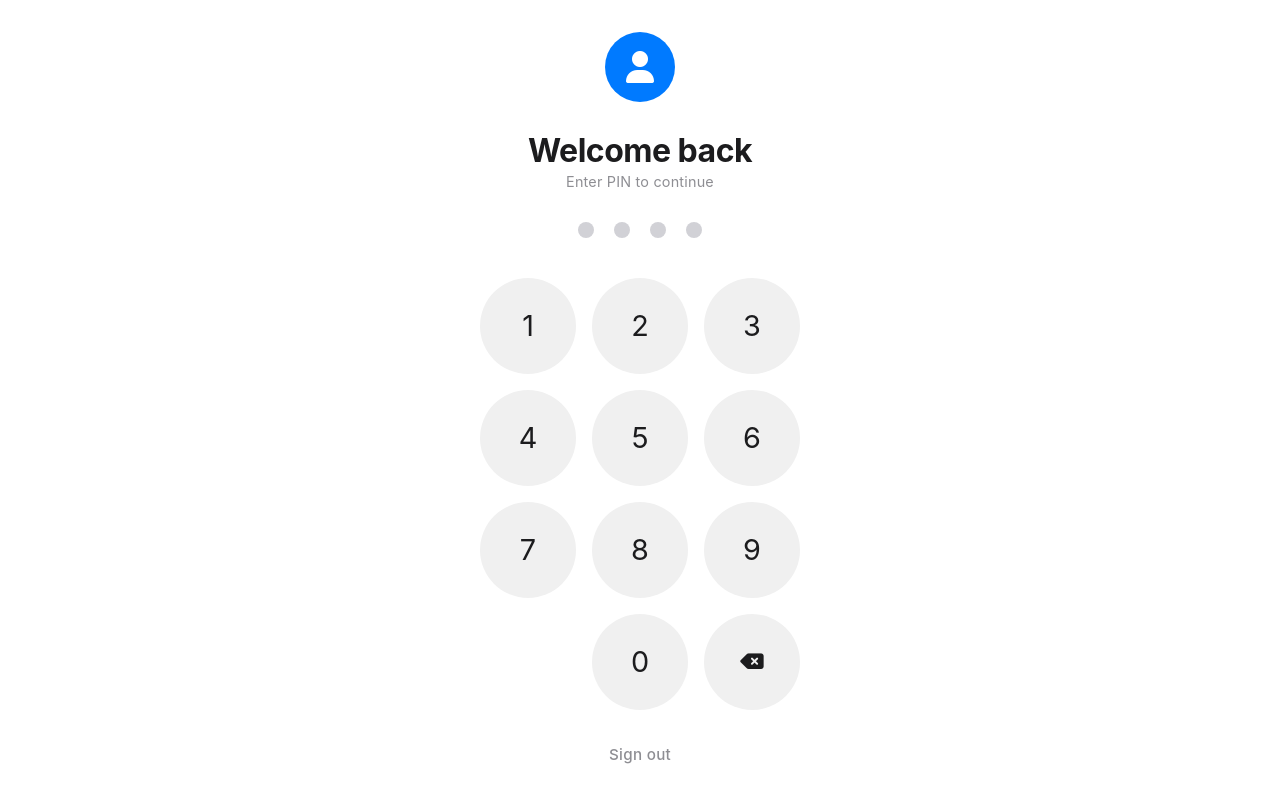
Repository: trenzyfx1/achievebypetra
Page: pin.html
These files come from the project's save history. The page is drawn as it stood at one moment and after the next save; the edit follows.
The browser window is 1280 px wide. The pictures show the whole page.

Above is the page before, as saved 2026-08-25 19:26:21.

After the next save:
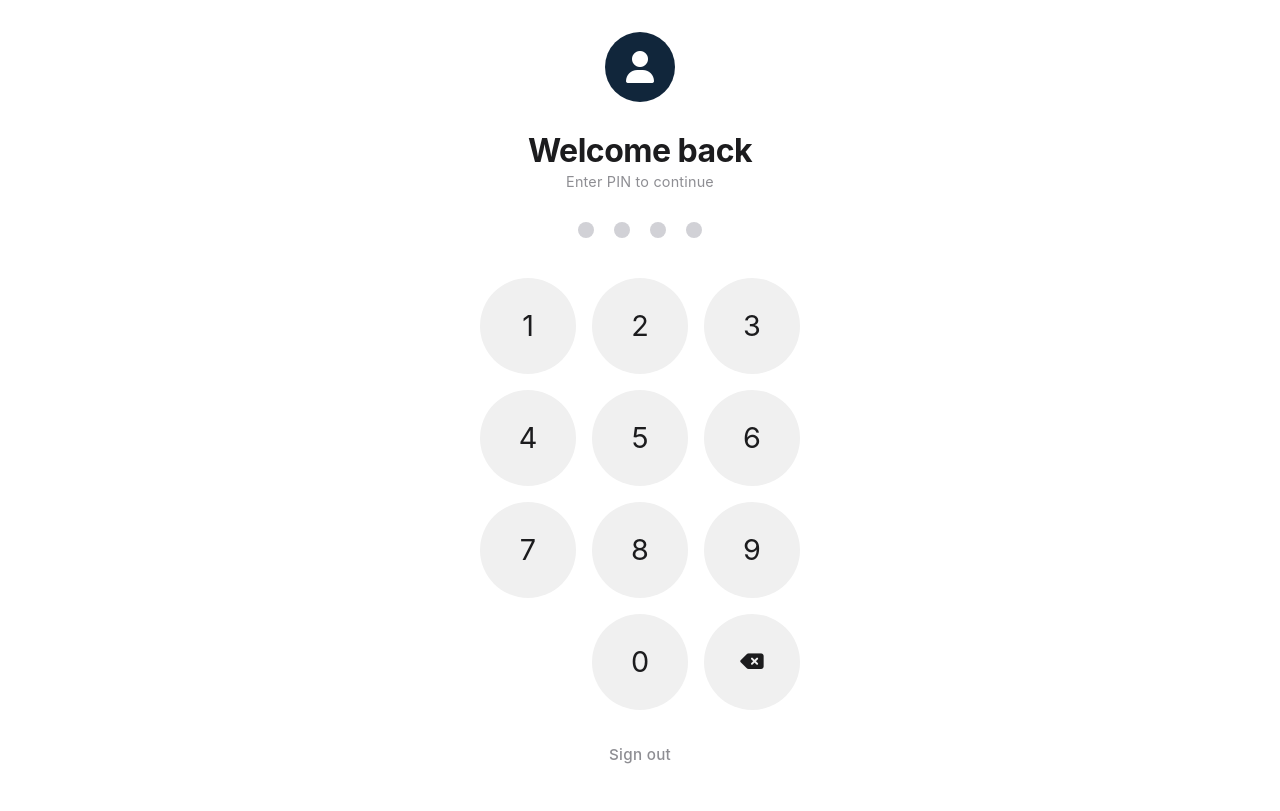
Saved 110 s later.
--- a/pin.html
+++ b/pin.html
@@ -37,7 +37,7 @@
         .profile-icon .icon-circle {
             width: 70px;
             height: 70px;
-            background: #007aff;
+            background: #11263b;
             border-radius: 50%;
             display: flex;
             justify-content: center;
